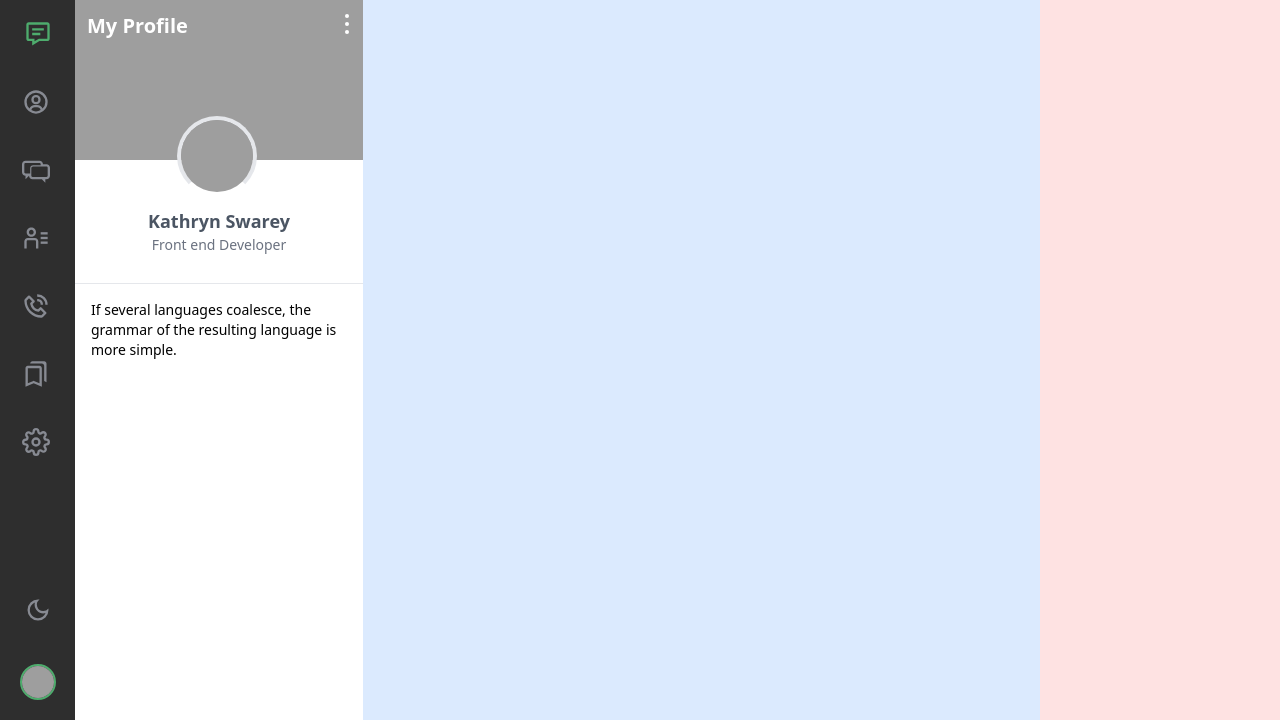
Repository: satya-ranjon/Chat-app
Page: /
These files come from the project's save history. The page is drawn as it stood at one moment and after the next save; the edit follows.
The browser window is 1280 px wide. The pictures show the whole page.
Pictures or frames that could not be fetched are drawn as grey boxes. The project was rebuilt for these pictures with package versions that can differ from the ones it lists, and the page was loaded fresh each time.

Above is the page before, as saved 2022-03-31 04:06:32.

After the next save:
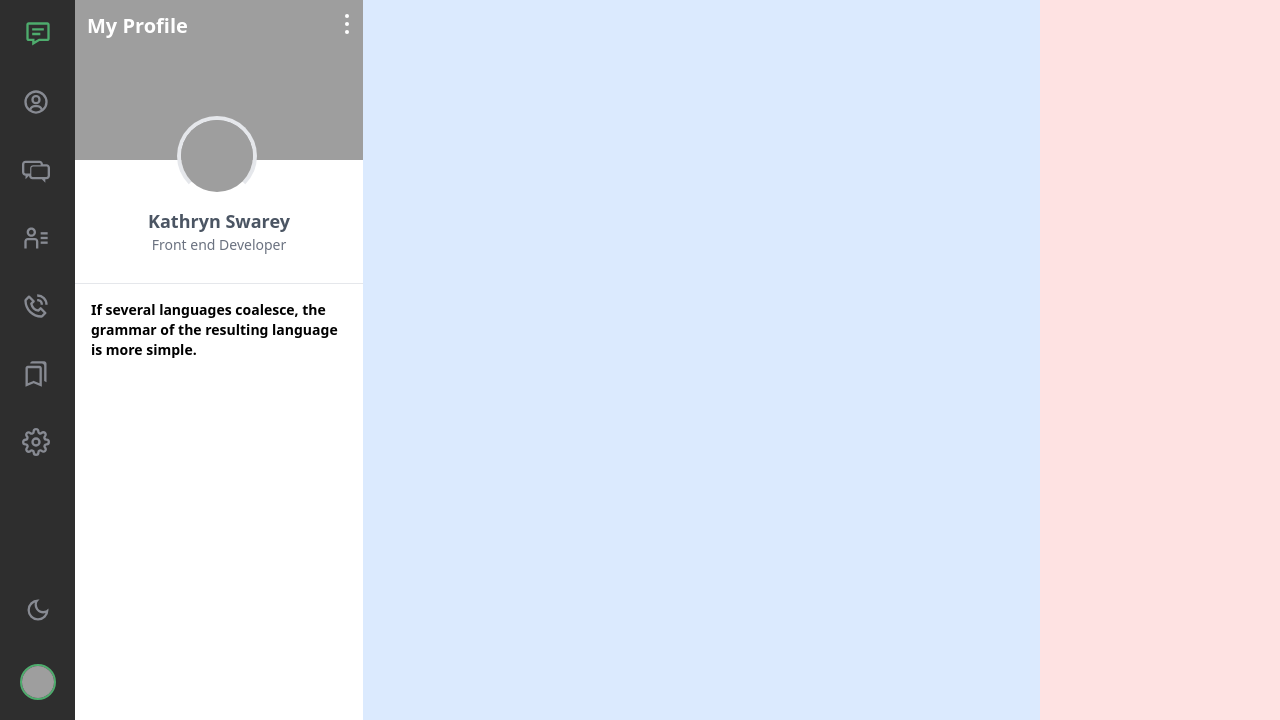
Saved 19 s later.
--- a/src/components/MyProfile/ProfileInfo.jsx
+++ b/src/components/MyProfile/ProfileInfo.jsx
@@ -3,7 +3,7 @@ import React from "react";
 export default function ProfileInfo() {
   return (
     <div>
-      <p className="p-4 text-sm">
+      <p className="p-4 text-sm font-semibold">
         If several languages coalesce, the grammar of the resulting language is
         more simple.
       </p>
